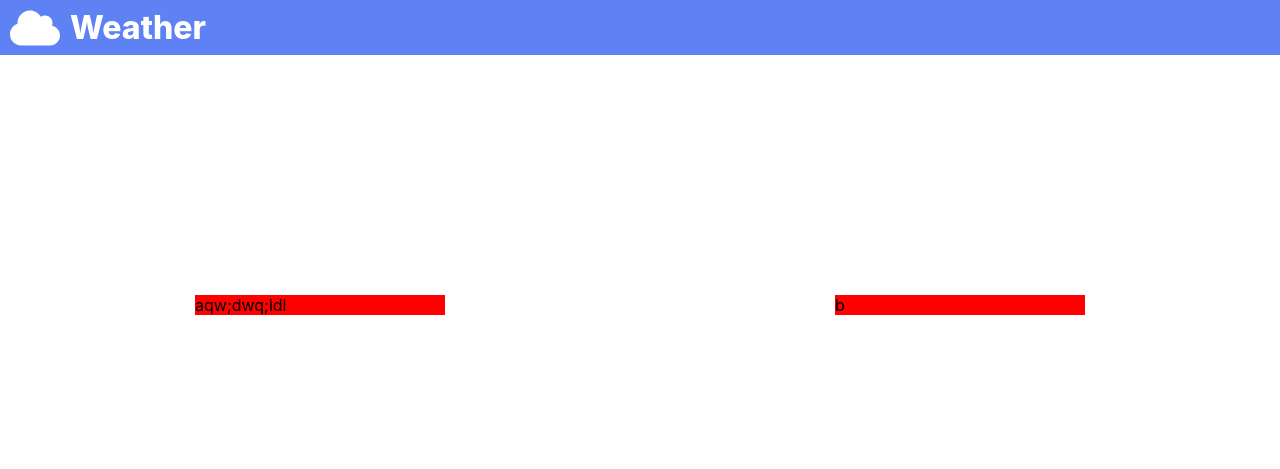
Repository: ahmedazawi/weather-app
Page: /
These files come from the project's save history. The page is drawn as it stood at one moment and after the next save; the edit follows.
The browser window is 1280 px wide. The pictures show the whole page.
The project was rebuilt for these pictures with package versions that can differ from the ones it lists, and the page was loaded fresh each time.

Above is the page before, as saved 2022-11-29 21:02:54.

### src/App.js
import "./App.css";
import Header from "./layout/Header";
import Details from "./components/Details";
function App() {
  return (
    <div className="App">
      <Header />
      <Details />
    </div>
  );
}

export default App;

### src/App.css
body {
  --primaryColor: #5e82f4;
}

.nav {
  display: flex;
  align-items: center;
  height: 55px;
  background-color: var(--primaryColor);
}

### src/layout/Header.js
import React from "react";
import { FontAwesomeIcon } from "@fortawesome/react-fontawesome";
import { faCloud } from "@fortawesome/free-solid-svg-icons";
const Header = () => {
  return (
    <div className="nav">
      <div>
        <FontAwesomeIcon
          className="f-icon"
          icon={faCloud}
          color="White"
          style={{ marginLeft: "10px", fontSize: "40px" }}
        />
      </div>

      <h1 style={{ color: "white", marginLeft: "10px", fontWeight: "800" }}>
        Weather
      </h1>
    </div>
  );
};

export default Header;

### src/components/Details.js
import React from "react";
import "../assets/css/details.css";
const Details = () => {
  return (
    <div className="main">
      <div className="big-cards">
        <div>aqw;dwq;ldl</div>
        <div>b</div>
      </div>
    </div>
  );
};

export default Details;

### src/assets/css/details.css
.main {
  width: 100%;
  display: flex;
  flex-direction: column;
}

.big-cards {
  width: 100%;
  min-height: 500px;
  display: flex;
  flex-direction: row;
  align-items: center;
  justify-content: space-around;
}
.big-cards > div {
  width: 250px;
  height: fit-content;
  background-color: red;
}

Loaded but not shown: public/index.html (common file); src/index.js (common file); src/index.css (common file)

After the next save:
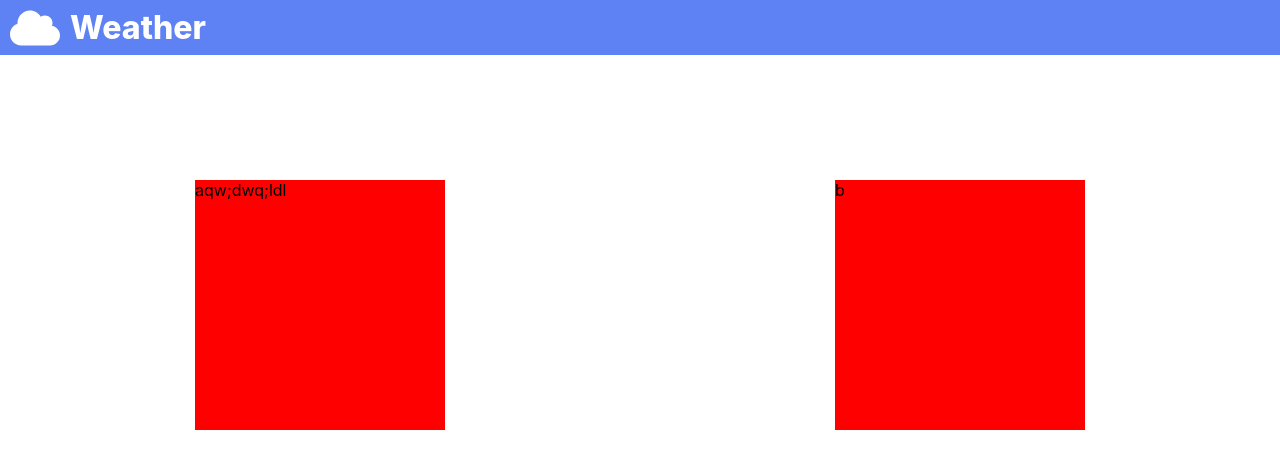
Saved 8 s later.
--- a/src/assets/css/details.css
+++ b/src/assets/css/details.css
@@ -14,6 +14,6 @@
 }
 .big-cards > div {
   width: 250px;
-  height: fit-content;
+  height: 250px;
   background-color: red;
 }
